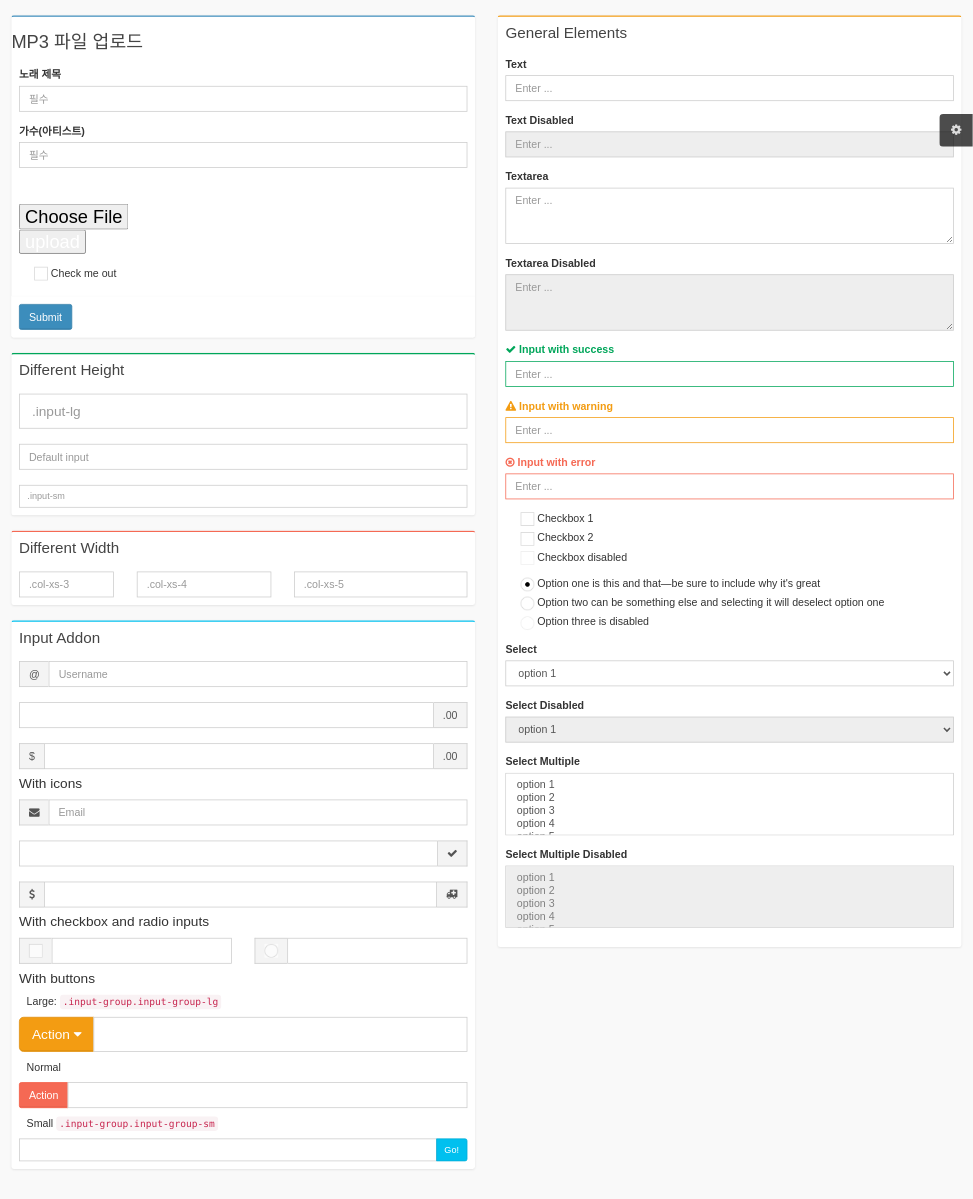
Repository: porivas/140630_Java
Page: http://localhost/Day1001mini01/upload
These files come from the project's save history. The page is drawn as it stood at one moment and after the next save; the edit follows.
The browser window is 1280 px wide. The pictures show the whole page, at 76% of full size.
Some web fonts or font styles are not loaded; a fallback is used. Some web libraries are served in a nearby version. The page is served by Tomcat 9.

Above is the page before, as saved 2014-10-02 09:45:55.

After the next save:
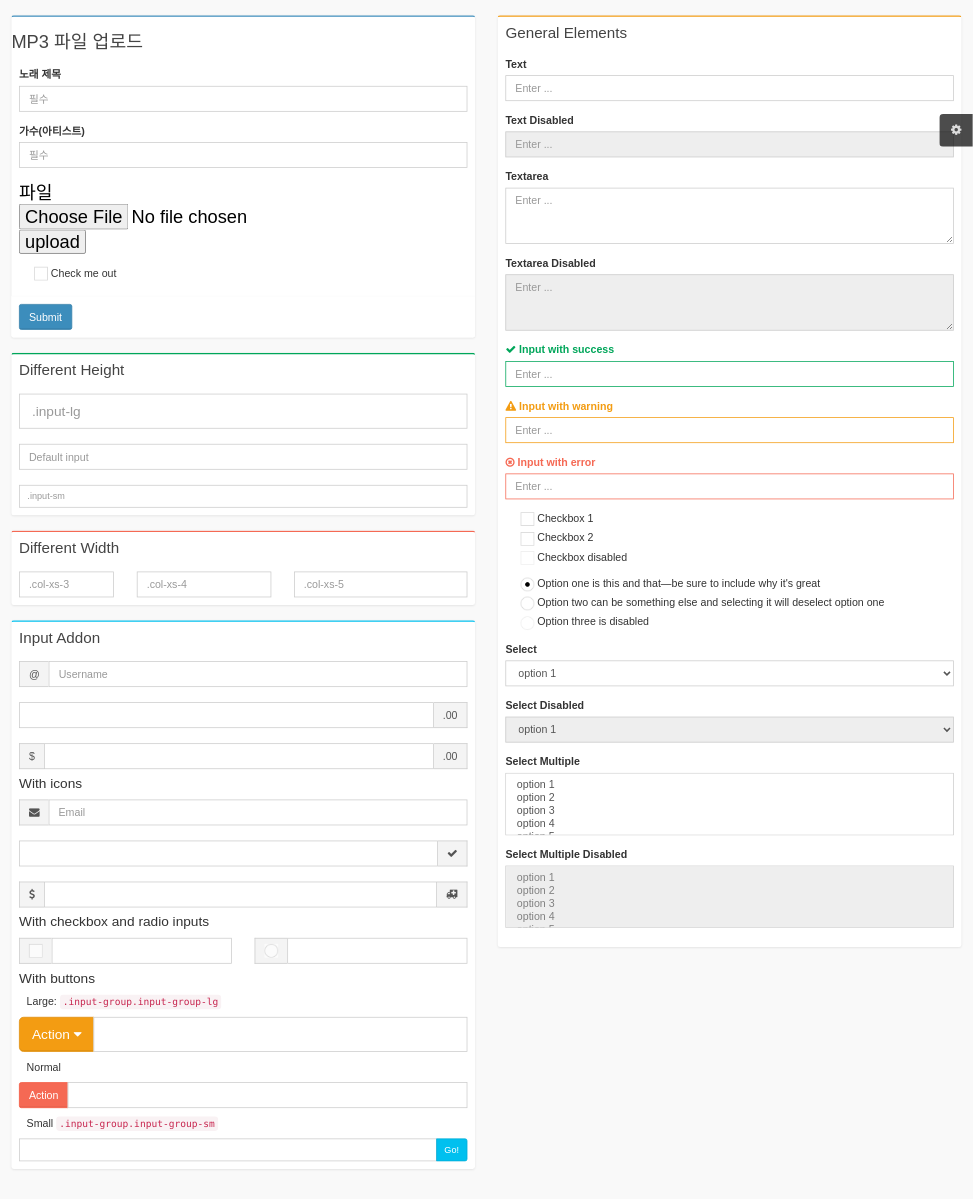
Saved 7 s later.
--- a/Day1001mini01/WebContent/WEB-INF/jsp/uploadPage.jsp
+++ b/Day1001mini01/WebContent/WEB-INF/jsp/uploadPage.jsp
@@ -46,7 +46,7 @@
                                         </div>
 
                                         <div class="form-group">
-                                        <h3><font color='white'>
+                                        <h3><font color='black'>
 											<form method="post" action="upload" enctype="multipart/form-data" >
 											파일 <input type = "file" name="filename">
 											<input type='submit' value='upload'></font></h3>
